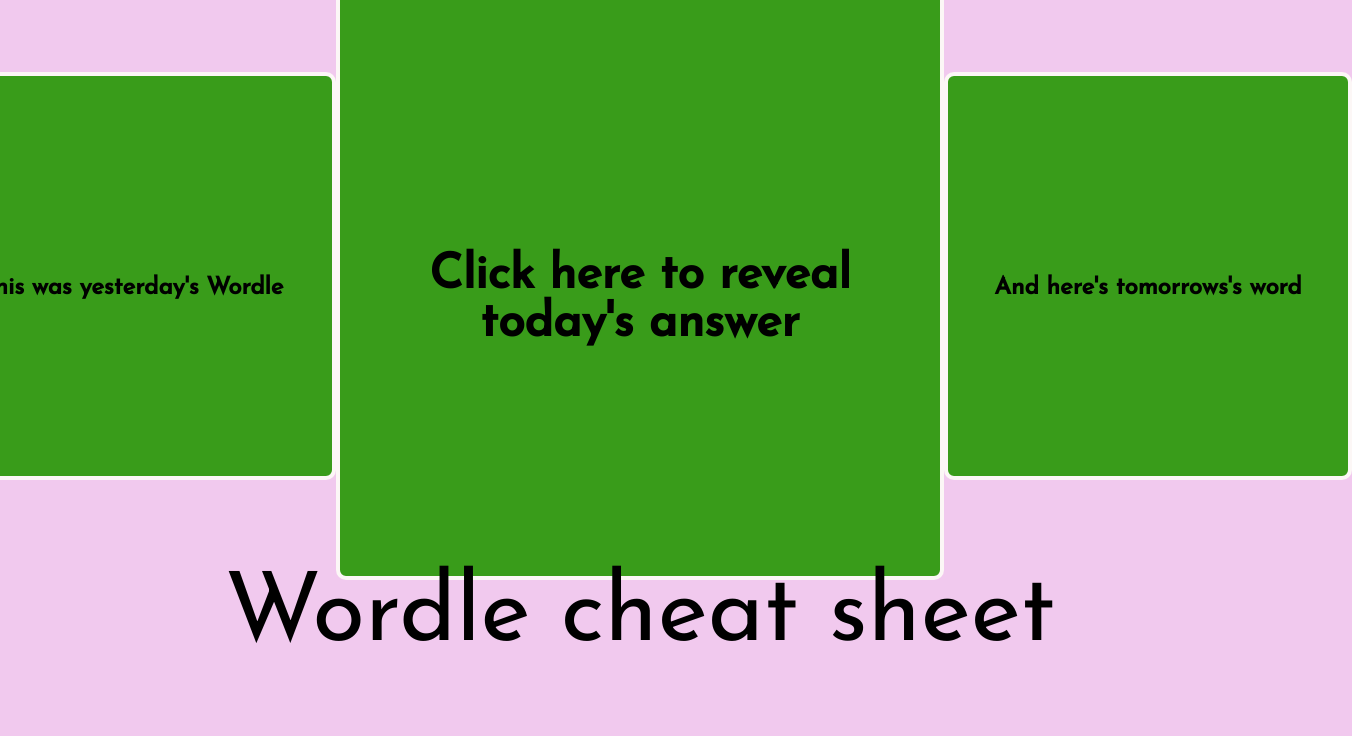
Repository: enoripl/tomorrows-wordle
Page: index.html
The author's editor kept a copy of each file at every save. The page is drawn from the files as they stood at one save, then again after the next save.
The browser window is 1280 px wide. The page is 1352 px wide, so the pictures cover 1352 px, including what lies to the right of the window. The pictures show the whole page.

Above is the page before, as saved 2022-02-09 17:52:32.

### index.html
<!DOCTYPE html>
<html lang="en">
  <head>
    <meta charset="UTF-8" />
    <meta http-equiv="X-UA-Compatible" content="IE=edge" />
    <meta name="viewport" content="width=device-width, initial-scale=1.0" />
    <link rel="stylesheet" href="styles.css" />
    <script type="text/javascript" src="script.js" defer></script>
    <title>Today's (and tommorow's Wordle)</title>
  </head>
  <body>
    <main class="main-content">
      <div class="buttons-section">
        <div class="buttons-group">
          <div class="answer-btns" id="yesterdays-btn">
            This was yesterday's Wordle
          </div>
          <div class="answer-btns" id="todays-btn">
            Click here to reveal
            today's answer
          </div>
          <div class="answer-btns" id="tomorrows-btn">
            And here's tomorrows's word
          </div>
        </div>
      </div>
    </main>
    <div class="logo-section">
      <div class="logo">Wordle cheat sheet</div>
    </header>
  </body>
</html>

### styles.css
@import url('https://fonts.googleapis.com/css2?family=Josefin+Sans:wght@300;400;500&display=swap');
body {
    height: 100vh;
    font-family: 'Josefin Sans', sans-serif;
    background-color: rgb(241, 201, 238);
    white-space: pre-line;
}

main {
    height: 70%;
}
.main-content {
    display: flex;
    justify-content: center;
    align-items: center;
}
.buttons-group {
    display: flex;
    align-items: center;
}

.answer-btns {
    display: flex;
    justify-content: center;
    align-items: center;
    text-align: center;
    background-color: rgb(57, 156, 26);
    height: 400px;
    width: 400px;
    font-size: 1.5rem;
    font-weight: 600;
    border-radius: 10px;
    border: 4px solid rgb(252, 247, 246);
}

#todays-btn {
    height: 600px;
    width: 600px;
    font-size: 3rem;
}

.answer-text {
    font-size: 3rem;
    font-weight: 800;
}


.logo-section {
    display: flex;
    justify-content: center;
    align-items: center;
    height: 20vh;
    font-size: 6rem;
}

Loaded but not shown: script.js (2355 lines, source omitted)

After the next save:
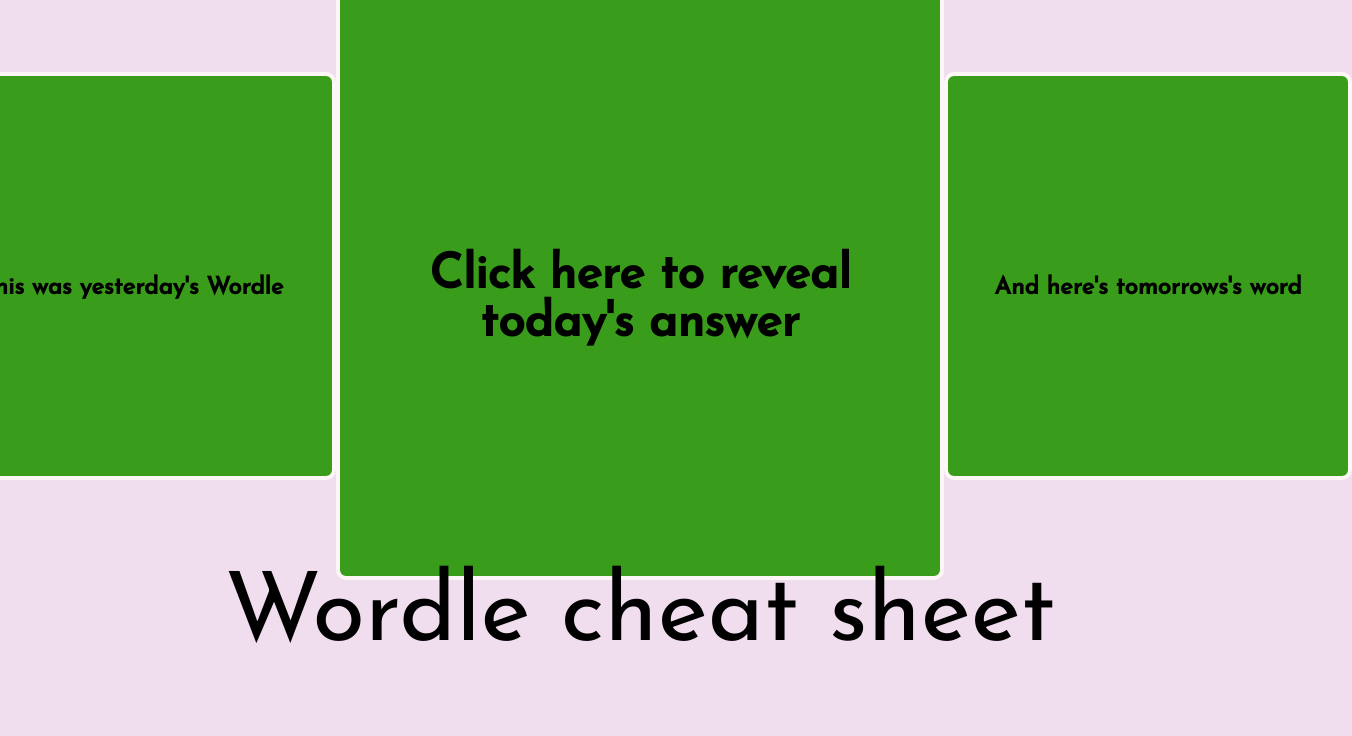
Saved 4 s later.
--- a/styles.css
+++ b/styles.css
@@ -2,7 +2,7 @@
 body {
     height: 100vh;
     font-family: 'Josefin Sans', sans-serif;
-    background-color: rgb(241, 201, 238);
+    background-color: rgb(240, 221, 238);
     white-space: pre-line;
 }
 
